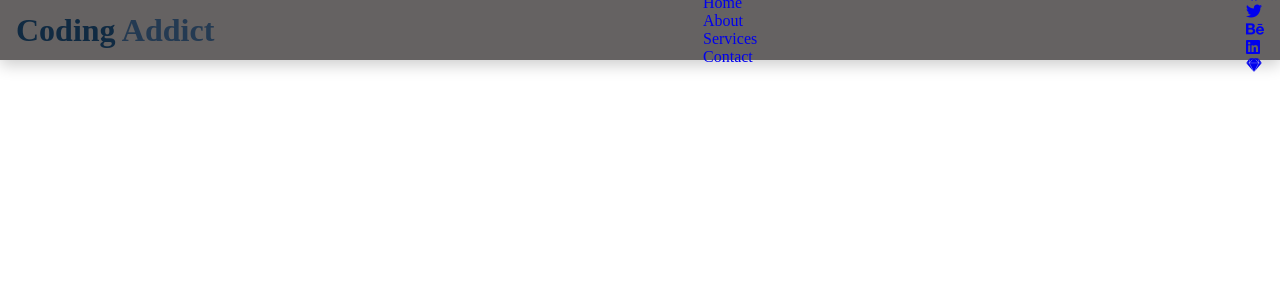
Repository: OmniaRafat232111121/projects-js
Page: modal/index.html
These files come from the project's save history. The page is drawn as it stood at one moment and after the next save; the edit follows.
The browser window is 1280 px wide. The pictures show the whole page.
Some web libraries are served in a nearby version.

Above is the page before, as saved 2023-01-01 01:27:44.

After the next save:
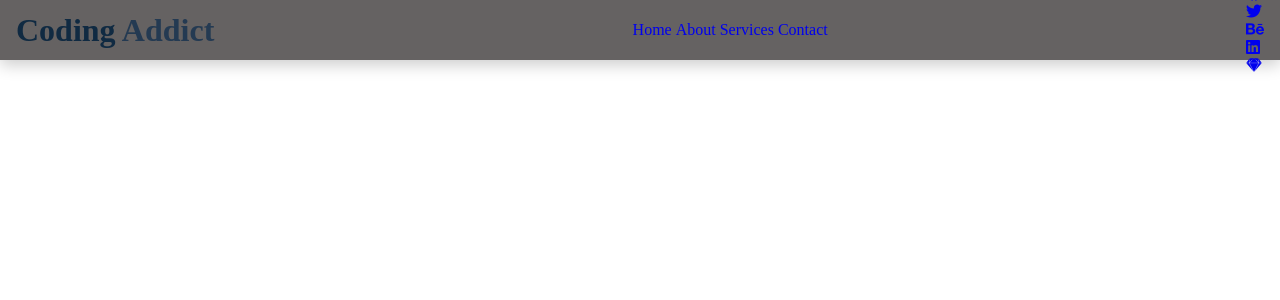
Saved 1 s later.
--- a/modal/style.css
+++ b/modal/style.css
@@ -76,7 +76,7 @@
  color:var(--clr-grey-2);
 }
 nav ul li{
-  display: in;
+  display: inline-block;
 }
 .toggle i{
   display: none;

After the 2 saves that followed:
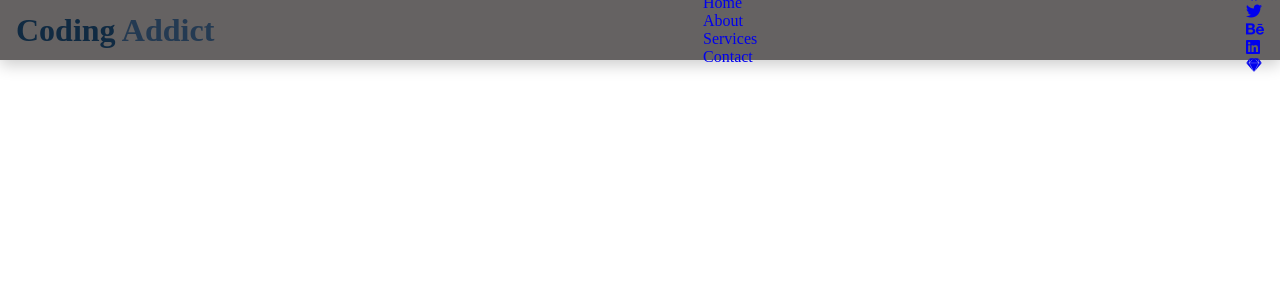
The 2 saves are shown as one change because 1 left the picture as it was.
The last was saved 6 s later.
--- a/modal/style.css
+++ b/modal/style.css
@@ -76,6 +76,7 @@
  color:var(--clr-grey-2);
 }
 nav ul li{
+  marg
   display: inline-block;
 }
 .toggle i{
